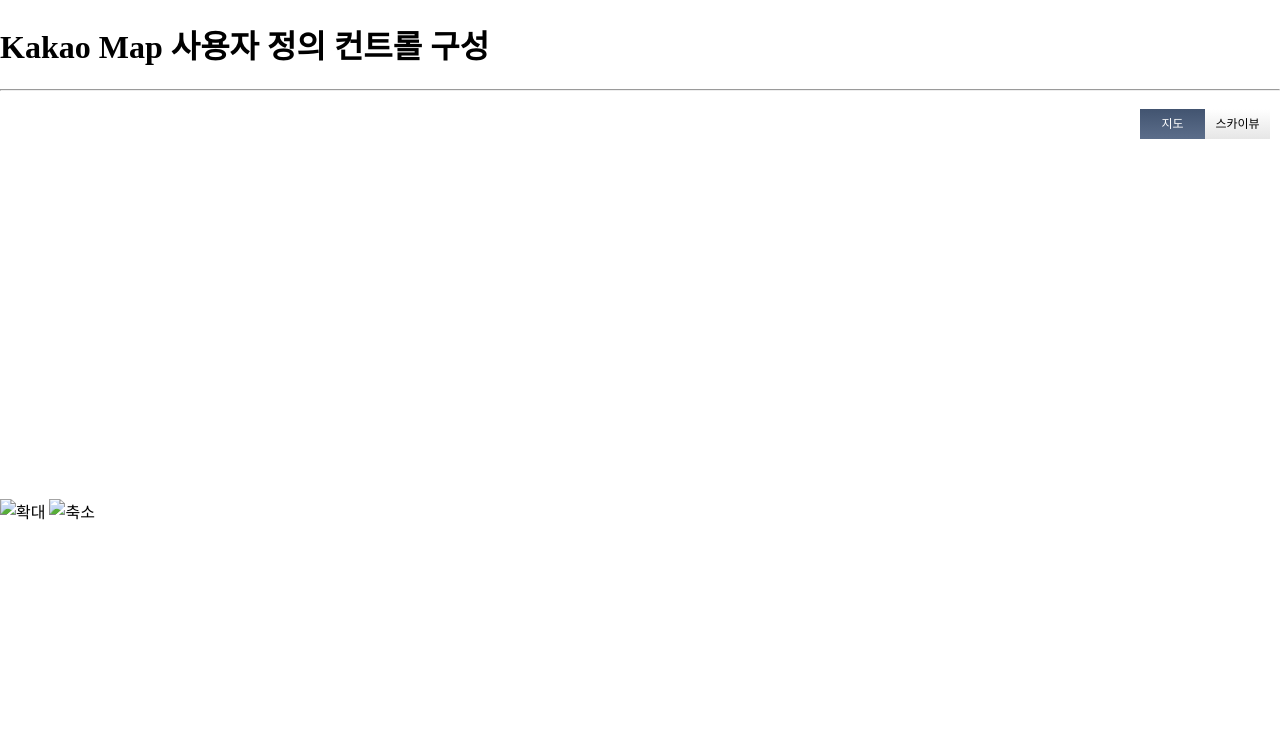
Repository: youngsik0405/KakaoMapStudy
Page: MapApp/WebContent/MapTest008.html
An editor plug-in stored every save of this project. The page is shown before and after the next save, followed by the edit.
The browser window is 1280 px wide. The pictures show the whole page.

Above is the page before, as saved 2025-03-10 03:50:42.

### MapApp/WebContent/MapTest008.html
<!DOCTYPE html>
<html>
<head>
<meta charset="UTF-8">
<title>MapTest008.html</title>
<style type="text/css">

	/*기본 스타일*/
	html, body {width: 100%; height: 100%; margin: 0; padding: 0;}

	/*컨트롤 기본 스타일*/
	.mapWrap {position: relative; overflow: hidden; width: 100%; height: 450px;}
	.radiusBoreder {border: 1px solid #919191; border-radius: 5px;}

	/*타입 컨트롤 스타일*/
	.customTypecontrol
	{
		position: absolute;
		top: 10px;
		right: 10px;
		overflow: hidden;
		width: 130px;
		height: 30px;
		margin: 0; padding: 0; z-index: 1;
		font-size: 12px;
		font-family: 맑은 고딕;
	}
	.customTypecontrol span
	{
		display: block;
		width: 65px;
		height: 30px;
		float: left;
		text-align: center;
		line-height: 30px;
		cursor: pointer;

	}
	.customTypecontrol .btn
	{
		background: #fff;
		background: linear-gradient(#fff, #e6e6e6);
	}
	.customTypecontrol .btn:hover
	{
		background: #f5f5f5;
		background: linear-gradient(#f5f5f5, #e3e3e3);
	}
	.customTypecontrol .btn:active
	{
		background: #e6e6e6;
		background: linear-gradient(#e6e6e6, #fff);
	}

	.customTypecontrol .selectedBtn
	{
		color: #fff;
		background: #425470;
		background: linear-gradient(#425470, #5b6d8a);
	}
	.customTypecontrol .selectedBtn:hover {color: #fff;}

</style>

</head>
<body>


<div>
	<h1>Kakao Map 사용자 정의 컨트롤 구성</h1>
	<hr>
</div>

<div class="mapWrap">

	<!-- 지도를 그릴 div -->
	<div id="map" style="width: 100%; height: 400px; position: relative; overflow: hidden;"></div>

	<!-- 지도 타입 컨트롤 div -->
	<div class="customTypecontrol radiusBorder">
		<span id="btnRoadmap" class="selectedBtn">지도</span>
		<span id="btnSkyview" class="btn">스카이뷰</span>
	</div>

	<!-- 지도 확대 축소 컨트롤 div -->
	<div class="customZoomcontrol radiusBorder">
		<span>
			<img src="" alt="확대" />
		</span>
		<span>
			<img src="" alt="축소" />
		</span>

	</div>



</div>

</body>
</html>

After the next save:
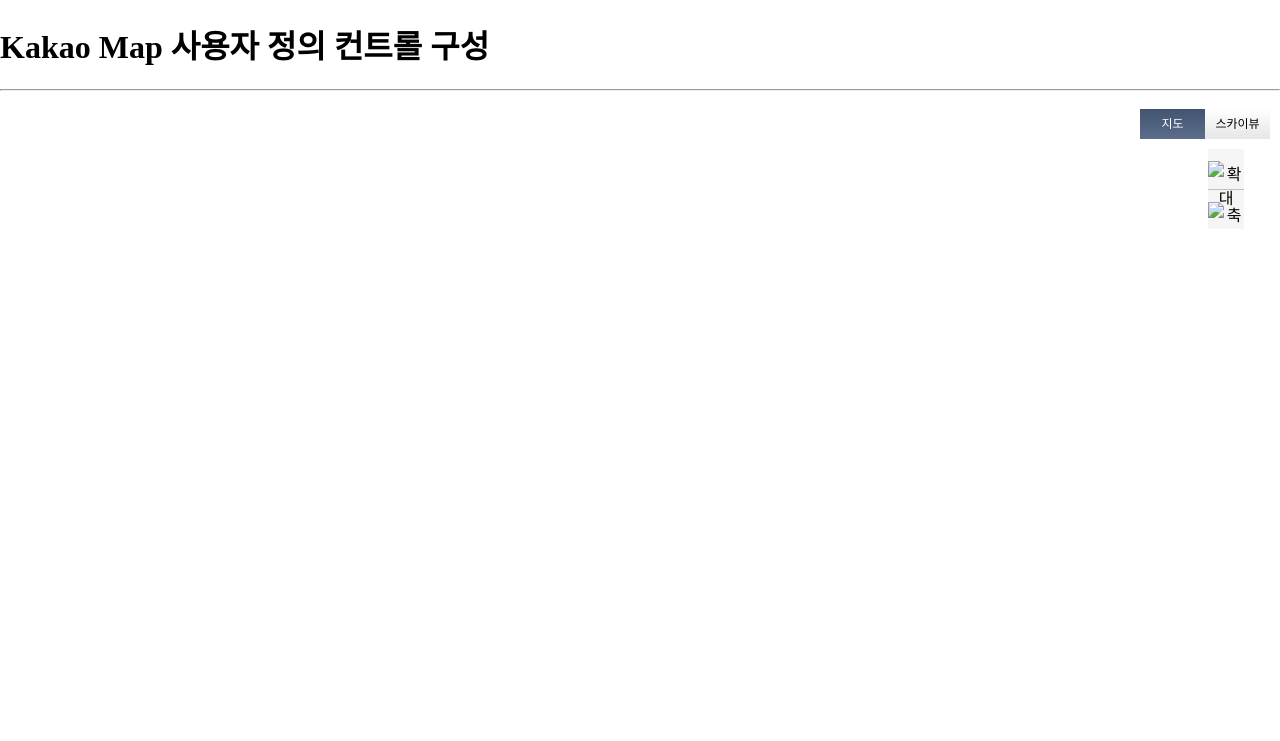
Saved 75 min 24 s later.
--- a/MapApp/WebContent/MapTest008.html
+++ b/MapApp/WebContent/MapTest008.html
@@ -34,7 +34,6 @@
 		text-align: center;
 		line-height: 30px;
 		cursor: pointer;
-
 	}
 	.customTypecontrol .btn
 	{
@@ -51,7 +50,6 @@
 		background: #e6e6e6;
 		background: linear-gradient(#e6e6e6, #fff);
 	}
-
 	.customTypecontrol .selectedBtn
 	{
 		color: #fff;
@@ -59,6 +57,39 @@
 		background: linear-gradient(#425470, #5b6d8a);
 	}
 	.customTypecontrol .selectedBtn:hover {color: #fff;}
+
+	/*줌 컨트롤 스타일*/
+	.customZoomcontrol
+	{
+		position: absolute;
+		top: 50px;
+		right: 36px;
+		height: 80px;
+		overflow: hidden; z-index: 1;
+		background-color: #f5f5f5;
+	}
+	.customZoomcontrol span
+	{
+		display: block;
+		width: 36px;
+		height: 40px;
+		text-align: center;
+		cursor: pointer;
+	}
+	.customZoomcontrol span img
+	{
+		width: 15px;
+		height: 15px;
+		padding: 12px 0;
+		border: none;
+	}
+
+	.customZoomcontrol span:first-child
+	{
+		border-bottom: 1px solid #bfbfbf;
+	}
+
+
 
 </style>
 
